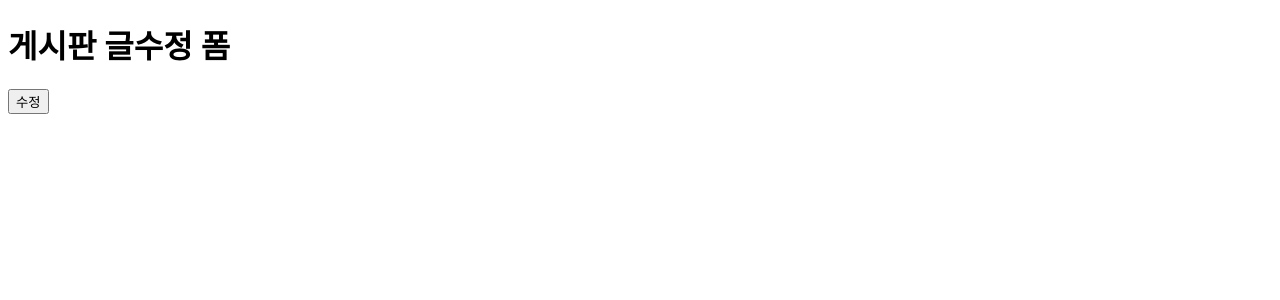
Repository: nsj2204/spring2
Page: http://localhost/ex01/notice/update.do
An editor plug-in stored every save of this project. The page is shown before and after the next save, followed by the edit.
The browser window is 1280 px wide. The pictures show the whole page.
The page is served by Tomcat 9.

Above is the page before, as saved 2023-04-06 02:34:10.

After the next save:
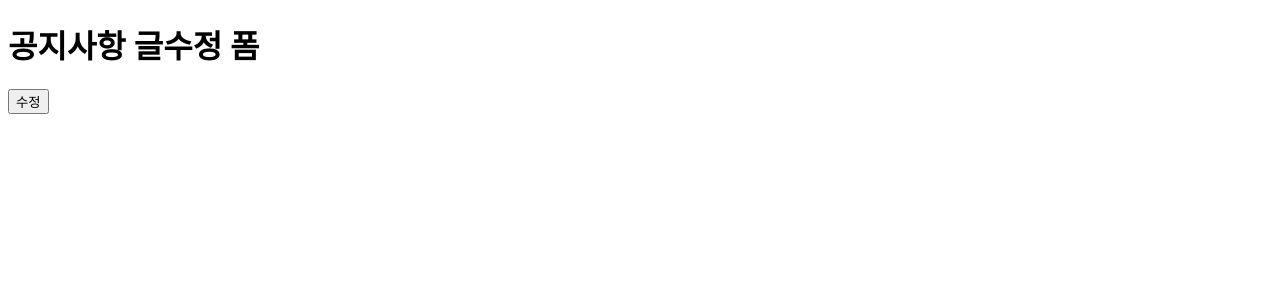
Saved 6 s later.
--- a/ex01/src/main/webapp/WEB-INF/views/notice/update.jsp
+++ b/ex01/src/main/webapp/WEB-INF/views/notice/update.jsp
@@ -7,7 +7,7 @@
 <title>Insert title here</title>
 </head>
 <body>
-<h1>게시판 글수정 폼</h1>
+<h1>공지사항 글수정 폼</h1>
 <form action="update.do" method="post">
 	<button>수정</button>
 </form>
